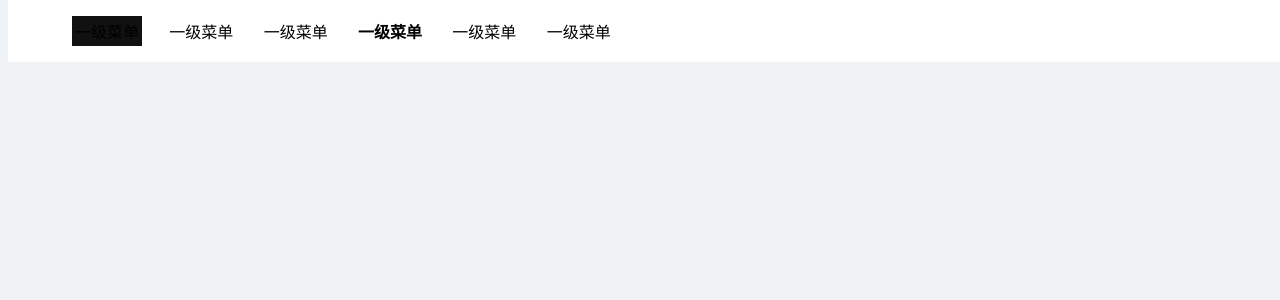
Repository: LJW3112/StudyHTML
Page: 个人作品展示网页/CODE/index.html
The author's editor kept a copy of each file at every save. The page is drawn from the files as they stood at one save, then again after the next save.
The browser window is 1280 px wide. The pictures show the whole page.
The pointer rests on the first visible `.top li a`.

Above is the page before, as saved 2023-02-12 16:41:04.

After the next save:
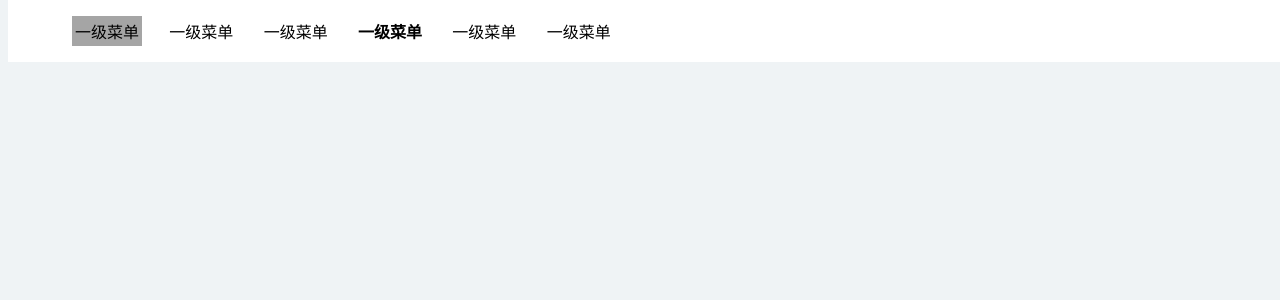
Saved 49 s later.
--- a/个人作品展示网页/CODE/index.html
+++ b/个人作品展示网页/CODE/index.html
@@ -60,7 +60,7 @@
 
             .top li a:hover {
                 /* 鼠标选中时背景变为黑色 */
-                background-color: #111;
+                background-color: rgb(165, 165, 165);
             }
 
             .top ul li ul {
